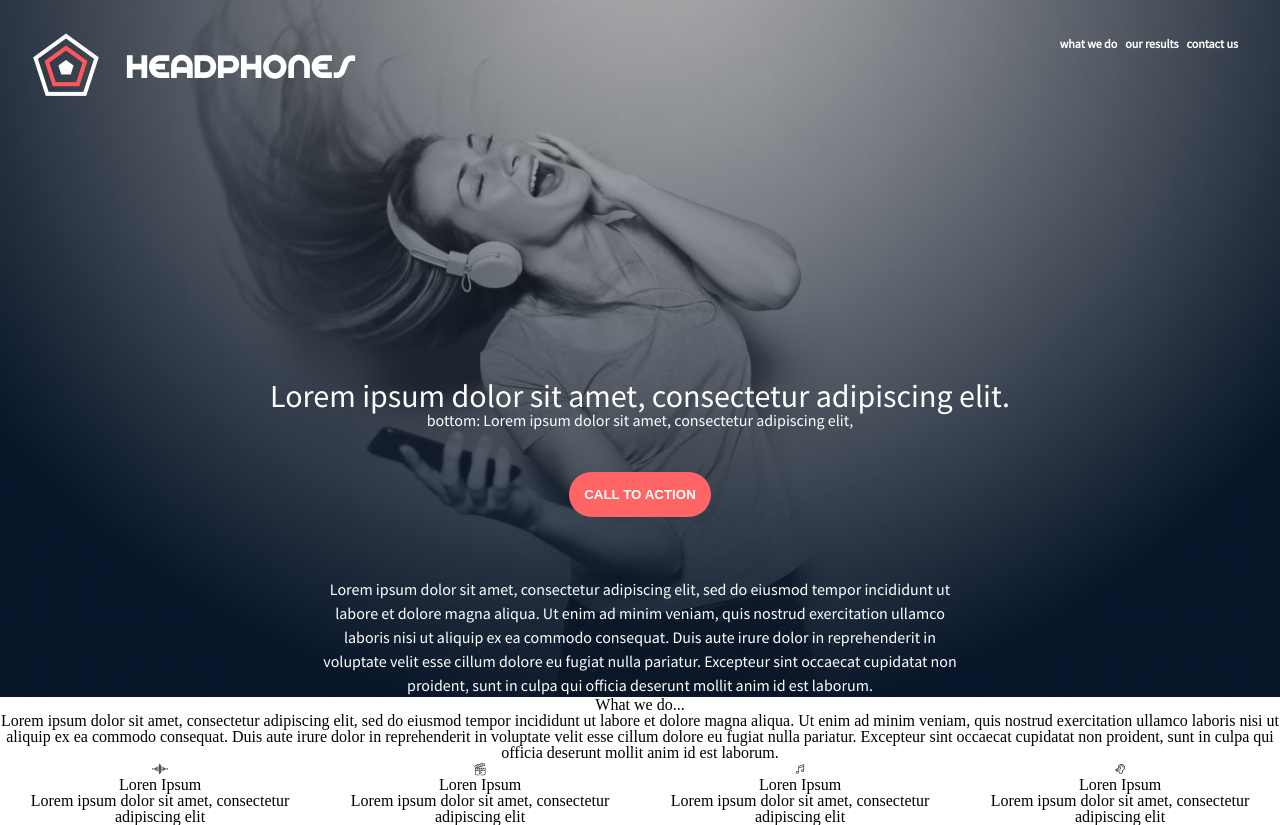
Repository: seleniadelgado/holbertonschool-web_front_end
Page: 0x09-implement_a_design_from_scratch/1-index.html
The author's editor kept a copy of each file at every save. The page is drawn from the files as they stood at one save, then again after the next save.
The browser window is 1280 px wide. The pictures show the whole page.

Above is the page before, as saved 2020-03-19 15:36:48.

### 0x09-implement_a_design_from_scratch/1-index.html
<!DOCTYPE <!DOCTYPE html>
<head>
    <meta charset="utf-8">
    <title>Headphones</title>
    <meta name="description" content="">
    <meta name="viewport" content="width=device-width, initial-scale=1">
    <link rel="stylesheet" href="1-styles.css">
    <link rel="stylesheet" href="reset.css">
    <link rel="stylesheet" href="./holberton_school-icon/style.css">
    <link href="https://fonts.googleapis.com/css?family=Source+Sans+Pro&display=swap" rel="stylesheet">
</head>
<body>
<!-- nav bar -->
    <header>
        <div class="firstdiv">
            <nav>
                <input type="checkbox" id="menu">
                <label for="menu" id="nav-icon"></label>
                <div class="logo"><img href="active" href="#home"><img src="./images/logo_headphones.png" alt="logo"></a></div>
                <div class="main-nav">
                    <ul class="nav-header">
                        <li><a href="#what-we-do">what we do</a></li>
                        <li><a href="#our-results">our results</a></li>
                        <li><a href="#contact-us">contact us</a></li>
                    </ul>
                </div>
            </nav>
        </div>
<!-- Content -->
        <div class="seconddiv">
            <div class="text">
                <h1>Lorem ipsum dolor sit amet, consectetur adipiscing elit.</h1>
                <p>bottom: Lorem ipsum dolor sit amet, consectetur adipiscing elit, </p>
            </div>
        </div>
        <div class="thirddiv">
        <button id="button">CALL TO ACTION</button>
        <p class="longParagraph">Lorem ipsum dolor sit amet, consectetur adipiscing elit, sed do eiusmod tempor incididunt ut labore et dolore magna aliqua.
            Ut enim ad minim veniam, quis nostrud exercitation ullamco laboris nisi ut aliquip ex ea commodo consequat.
            Duis aute irure dolor in reprehenderit in voluptate velit esse cillum dolore eu fugiat nulla pariatur. Excepteur sint occaecat cupidatat non proident,
            sunt in culpa qui officia deserunt mollit anim id est laborum.</p>
            </div>
        </div>
    </div>
    </header>
    <div class="content">
        <h1>What we do...</h1>
        <p> Lorem ipsum dolor sit amet, consectetur adipiscing elit, sed do eiusmod tempor incididunt ut labore et dolore magna aliqua.
            Ut enim ad minim veniam, quis nostrud exercitation ullamco laboris nisi ut aliquip ex ea commodo consequat.
            Duis aute irure dolor in reprehenderit in voluptate velit esse cillum dolore eu fugiat nulla pariatur. Excepteur sint occaecat cupidatat non proident,
            sunt in culpa qui officia deserunt mollit anim id est laborum.
        </p>
        <div class="grid">
            <div>
                <div class="item holberton_school-icon-ic_sound"></div>
                <h6>Loren Ipsum</h6>
                <p>Lorem ipsum dolor sit amet, consectetur adipiscing elit</p>
            </div>
            <div>
                <div class="item holberton_school-icon-ic_video"></div>
                <h6>Loren Ipsum</h6>
                <p>Lorem ipsum dolor sit amet, consectetur adipiscing elit</p>
            </div>
            <div>
                <div class="item holberton_school-icon-ic_music"></div>
                <h6>Loren Ipsum</h6>
                <p>Lorem ipsum dolor sit amet, consectetur adipiscing elit</p>
            </div>
            <div>
                <div class="item holberton_school-icon-ic_hearing"></div>
                <h6>Loren Ipsum</h6>
                <p>Lorem ipsum dolor sit amet, consectetur adipiscing elit</p>
            </div>

        </div>
    </div>





    </body>
</html>

### 0x09-implement_a_design_from_scratch/1-styles.css

:root {
    --font-size-sm: 12px;
    --font-size-md: 16px;
    --font-size-lg: 32px;
    --font-size-button: 14px;
    --color-primary-red: #FF6565;
    --color-body-white: white;
    --font-family: 'Source Sans Pro', sans-serif;
}
/* header */
header {
    width: 100%;
    background: transparent;
    position: relative;
    color: var(--color-body-white);
    background-image: url("images/headphones_hero_1.jpg");
    background-repeat: no-repeat;
    background-size: cover;
    font-family: var(--font-family);
}
header .firstdiv {
    justify-content: space-between;
    align-content: space-between;
    padding: 2rem;
    flex-wrap: wrap;
}
header .firstdiv nav {
    width: 100%;
    display: flex;
    justify-content: space-between;
    align-content: space-between;
    position: relative;
}
a {
    margin: auto 1.25rem;
    color: var(--color-body-white);
    text-decoration: none;
    font-family: var(--font-family);
}
a:hover, a:active {
    color: var(--color-primary-red)
}
#menu {
    display: none;
    position: absolute;
}
#nav-icon {
    display: none;
    position: absolute;
}
.logo {
    float: left;
}

.nav-header {
    display: inline-flex;
    margin: auto 0;
    list-style-type: none;
    font-size: var(--font-size-sm);
    font-weight: bolder;
    font-family: var(--font-family);
}
.main-nav ul {
    border: 6px transparent solid;
    justify-content: space-between;
}
.main-nav ul li a {
    border: 4px transparent solid;
    font-family: var(--font-family);

}

/* nav */
.seconddiv {
    text-align: center;
}
.thirddiv {
    text-align: center;
}
/*text */
.text {
    padding-top: 20%;
    text-align: center;
    line-height: 28px;
}
.text h1 {
    font-size: 24px;
}

/* button */
#button {
    padding: 15px;
    margin-top: 40px;
    margin-bottom: 60px;
    border-radius: 4em;
    background-color: #FF6565;
    box-shadow: black;
    border-style: none;
    color: var(--color-body-white);
    font-weight: bolder;
}
#button:hover {
    opacity: 0.9;
}
/* end button */
/* start longparagraph */
.longParagraph {
    display: flex;
    text-align: center;
    margin: 0% 25% 0% 25%;
    line-height: 24px;
    font-family: var(--font-family);
    font-size: var(--font-size-md);
}

/* end longparagraph */
/* media query for screens less than 480px */
@media (max-width: 480px)
{
    header nav {
      flex-direction: column;
      align-items: center;
    }
    .logo {
      width: 50%;
      height: auto;
    }
    .nav-header {
      display: none;
      width: 100%;
      flex-direction: column;
      margin: 1rem auto;
      text-align: center;
      font-weight: bold;
      font-size: var(--font-size-btn);
      float: right;
      display: inline-flex;
      margin-right: 10%;
    }
    .nav-header li {
      width: 100%;
      margin: 0.5rem auto;
      padding-right: 50px;
      font-family: var(--font-family);
    }
    #nav-icon {
        background: var(--color-body-white);
        height: 2px;
        width: 13px;
        position: absolute;
        left: 1rem;
        top: 18px;
        display: block;
    }

    #nav-icon::before {
        content: "";
        background: var(--color-body-white);
        height: 2px;
        width: 20px;
        position: relative;
        top: -0.4rem;
        display: block;
        transition: all 0.2s ease;
    }

    #nav-icon::after {
        content: "";
        background: var(--color-body-white);
        height: 2px;
        width: 18px;
        position: relative;
        top: 0.3rem;
        display: block;
        transition: all 0.2s ease;
    }

    #menu:checked ~ .nav-header {
        display: inline-flex;
    }

    #menu:checked ~ #nav-icon {
        background: transparent;
    }

    #menu:checked ~ #nav-icon::before {
        transform: rotate(45deg);
        top: 3px;
        margin: auto;
    }

    #menu:checked ~ #nav-icon::after {
        width: 20px;
        transform: rotate(-45deg);
        top: 1px;
        margin: auto;
    }
}
.text {
    font-family: var(--font-family);
    line-height: 24px;
}
.text h1 {
    font-size: var(--font-size-lg);
}
.text p {
    font-size: var(--font-size-md);
}
/* menu btn ends */
.content {
    display: grid;
    text-align: center;
}
.grid {
    display: flex;
}

### 0x09-implement_a_design_from_scratch/holberton_school-icon/style.css
@font-face {
  font-family: 'holberton_school-icon';
  src:  url('fonts/holberton_school-icon.eot?sq4eq4');
  src:  url('fonts/holberton_school-icon.eot?sq4eq4#iefix') format('embedded-opentype'),
    url('fonts/holberton_school-icon.ttf?sq4eq4') format('truetype'),
    url('fonts/holberton_school-icon.woff?sq4eq4') format('woff'),
    url('fonts/holberton_school-icon.svg?sq4eq4#holberton_school-icon') format('svg');
  font-weight: normal;
  font-style: normal;
  font-display: block;
}

[class^="holberton_school-icon-"], [class*=" holberton_school-icon-"] {
  /* use !important to prevent issues with browser extensions that change fonts */
  font-family: 'holberton_school-icon' !important;
  speak: none;
  font-style: normal;
  font-weight: normal;
  font-variant: normal;
  text-transform: none;
  line-height: 1;

  /* Better Font Rendering =========== */
  -webkit-font-smoothing: antialiased;
  -moz-osx-font-smoothing: grayscale;
}

.holberton_school-icon-arrow_1:before {
  content: "\e900";
}
.holberton_school-icon-arrow_2:before {
  content: "\e901";
}
.holberton_school-icon-arrow_3:before {
  content: "\e902";
}
.holberton_school-icon-arrow_4:before {
  content: "\e903";
}
.holberton_school-icon-arrow_5:before {
  content: "\e904";
}
.holberton_school-icon-check:before {
  content: "\e905";
}
.holberton_school-icon-ic_bag:before {
  content: "\e906";
}
.holberton_school-icon-ic_cart:before {
  content: "\e907";
}
.holberton_school-icon-ic_facebook:before {
  content: "\e908";
}
.holberton_school-icon-ic_hearing:before {
  content: "\e909";
}
.holberton_school-icon-ic_instagram:before {
  content: "\e90a";
}
.holberton_school-icon-ic_laptop:before {
  content: "\e90b";
}
.holberton_school-icon-ic_money:before {
  content: "\e90c";
}
.holberton_school-icon-ic_music:before {
  content: "\e90d";
}
.holberton_school-icon-ic_sound:before {
  content: "\e90e";
}
.holberton_school-icon-ic_twitter:before {
  content: "\e90f";
}
.holberton_school-icon-ic_video:before {
  content: "\e910";
}
.holberton_school-icon-menu:before {
  content: "\e911";
}
.holberton_school-icon-search_1:before {
  content: "\e912";
}
.holberton_school-icon-search_2:before {
  content: "\e913";
}
.holberton_school-icon-star:before {
  content: "\e914";
}

Loaded but not shown: 0x09-implement_a_design_from_scratch/reset.css (common file)

After the next save:
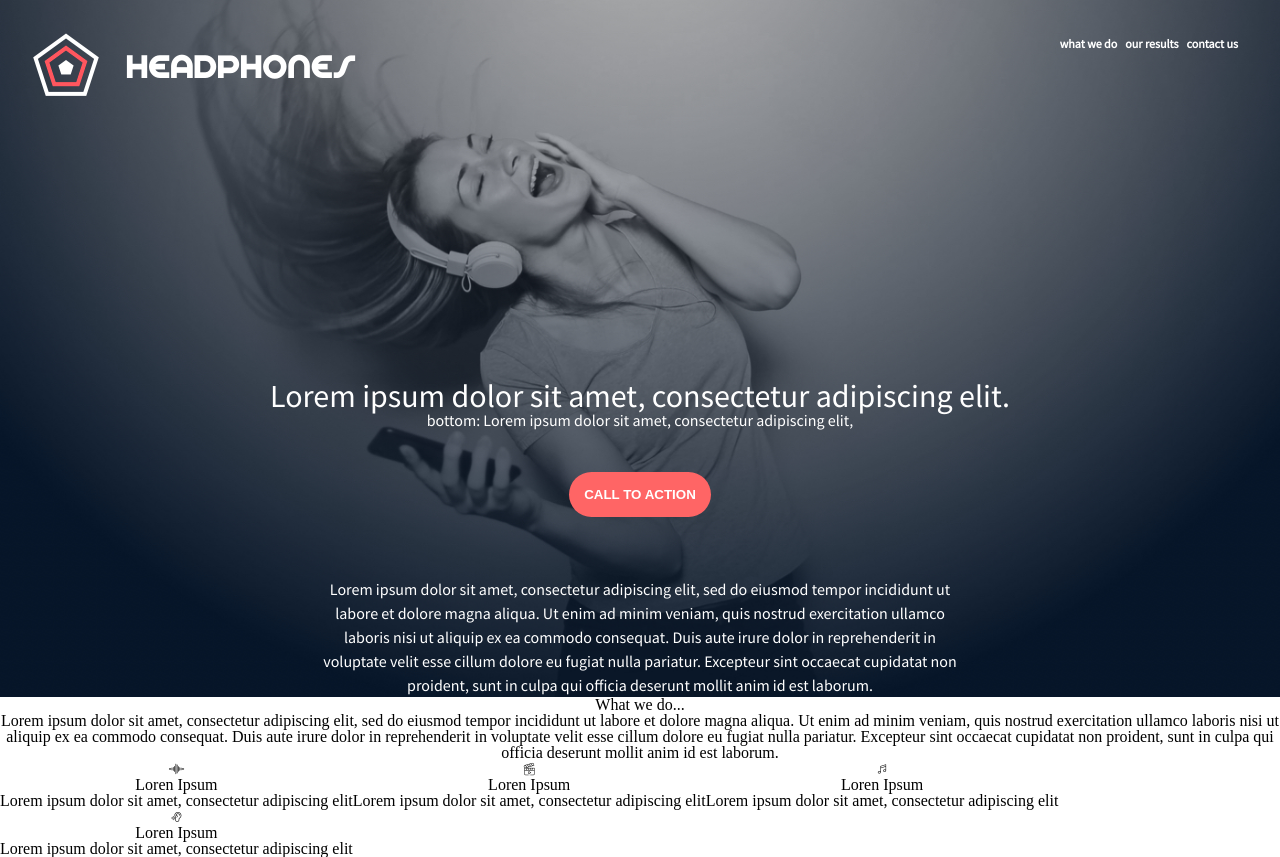
Saved 16 s later.
--- a/0x09-implement_a_design_from_scratch/1-styles.css
+++ b/0x09-implement_a_design_from_scratch/1-styles.css
@@ -214,4 +214,5 @@
 }
 .grid {
     display: flex;
-}
+    flex-wrap: wrap;
+}
